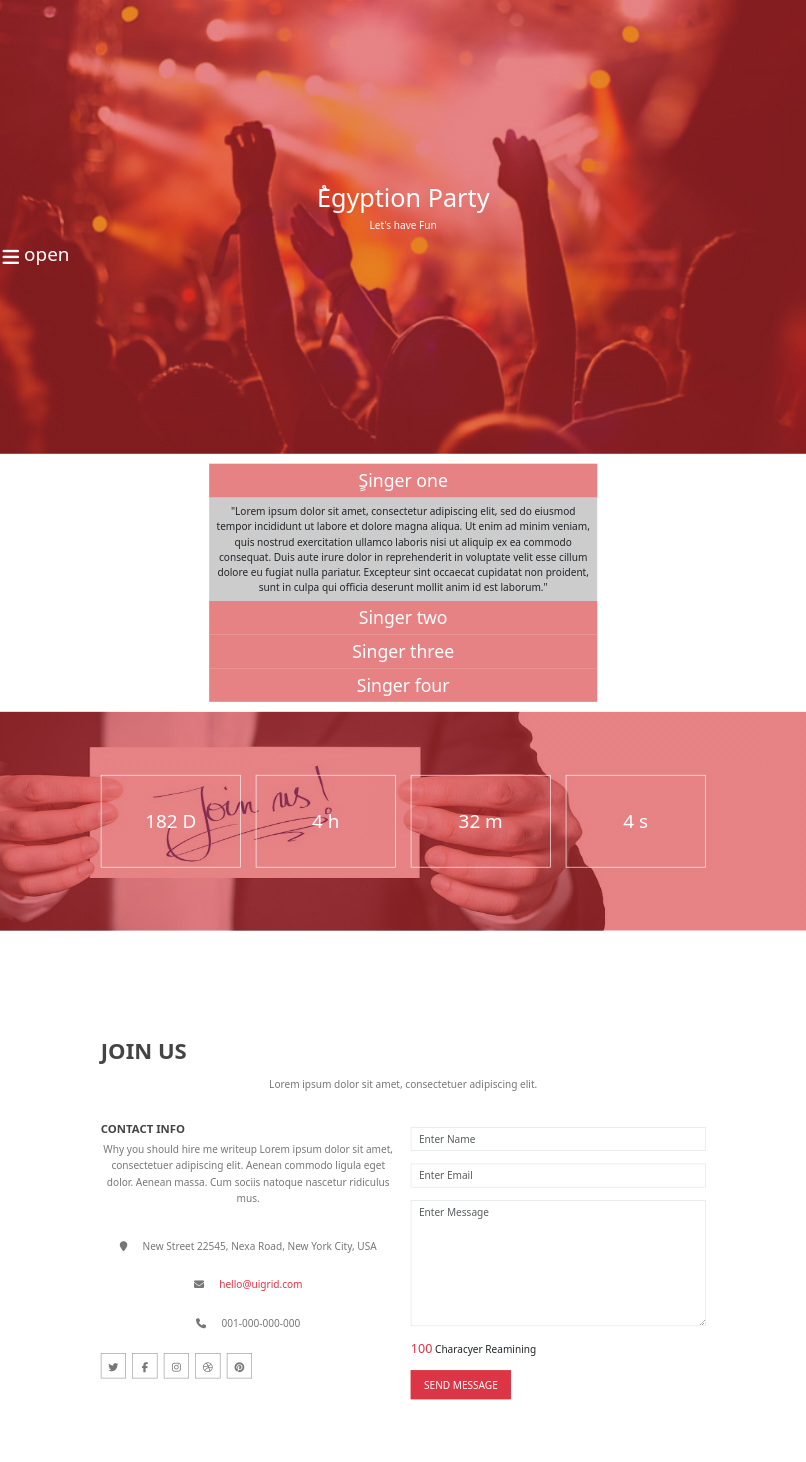
Repository: HagarYousry/jQuery
Page: index.html
These files come from the project's save history. The page is drawn as it stood at one moment and after the next save; the edit follows.
The browser window is 1280 px wide. The pictures show the whole page, at 63% of full size.

Above is the page before, as saved 2024-07-25 20:20:25.

### index.html
<!DOCTYPE html>
<html lang="en">

<head>
    <meta charset="UTF-8">
    <meta name="viewport" content="width=device-width, initial-scale=1.0">
    <title>Egyption party</title>
    <!-- web fonts  -->
    <link rel="stylesheet" href="css/all.min.css">
    <!-- bootstrap -->
    <link rel="stylesheet" href="css/bootstrap.min.css">
    <!-- main css -->
    <link rel="stylesheet" href="css/main.css">
</head>

<body>
    <!--start home  -->
    <section id="home">
        <div id="sideNav" class="bg-black p-5">
            <a class="p-0 closeIcon">
                <i class="fa-solid fa-xmark "></i>
            </a>
            <a class="sideNav-link mt-2" href="#home">Home</a>
            <a class="sideNav-link" href="#Acordion">Duration</a>
            <a class="sideNav-link" href="#contact">Contact</a>
            <a class="sideNav-link" href="#count">Details</a>
        </div>

        <div class="home-title d-flex justify-content-center align-items-center flex-column vh-100 text-white">
            <h1>ُEgyption Party</h1>
            <p>Let's have Fun</p>
            <span class="navIcon align-self-start d-flex align-items-center ms-1">
                <i class="fa-solid fa-bars"></i>
                <h4 class="ms-2">open</h4>
            </span>
        </div>
    </section>


    <!-- start Acordion section  -->
    <section id="Acordion" class="my-3 text-center">

        <div class="container w-50">
            <h3 class="toggle">ٍSinger one</h3>
            <div class="inner first">"Lorem ipsum dolor sit amet, consectetur adipiscing elit, sed do eiusmod tempor
                incididunt ut labore et dolore magna aliqua. Ut enim ad minim veniam, quis nostrud exercitation ullamco
                laboris nisi ut aliquip ex ea commodo consequat. Duis aute irure dolor in reprehenderit in voluptate
                velit
                esse cillum dolore eu fugiat nulla pariatur. Excepteur sint occaecat cupidatat non proident, sunt in
                culpa
                qui officia deserunt mollit anim id est laborum."
            </div>


            <h3 class="toggle">Singer two</h3>
            <div class="inner">"Sed ut perspiciatis unde omnis iste natus error sit voluptatem accusantium doloremque
                laudantium, totam rem aperiam, eaque ipsa quae ab illo inventore veritatis et quasi architecto beatae
                vitae
                dicta sunt explicabo. Nemo enim ipsam voluptatem quia voluptas sit aspernatur aut odit aut fugit, sed
                quia
                consequuntur magni dolores eos qui ratione voluptatem sequi nesciunt. Neque porro quisquam est, qui
                dolorem
                ipsum quia dolor sit amet, consectetur, adipisci velit, sed quia non numquam eius modi tempora incidunt
                ut
                labore et dolore magnam aliquam quaerat voluptatem. Ut enim ad minima veniam, quis nostrum
                exercitationem
                ullam corporis suscipit laboriosam, nisi ut aliquid ex ea commodi consequatur? Quis autem vel eum iure
                reprehenderit qui in ea voluptate velit esse quam nihil molestiae consequatur, vel illum qui dolorem eum
                fugiat quo voluptas nulla pariatur?"
            </div>


            <h3 class="toggle">Singer three</h3>
            <div class="inner">"But I must explain to you how all this mistaken idea of denouncing pleasure and praising
                pain was born and I will give you a complete account of the system, and expound the actual teachings of
                the
                great explorer of the truth, the master-builder of human happiness. No one rejects, dislikes, or avoids
                pleasure itself, because it is pleasure, but because those who do not know how to pursue pleasure
                rationally
                encounter consequences that are extremely painful. Nor again is there anyone who loves or pursues or
                desires
                to obtain pain of itself, because it is pain, but because occasionally circumstances occur in which toil
                and
                pain can procure him some great pleasure. To take a trivial example, which of us ever undertakes
                laborious
                physical exercise, except to obtain some advantage from it? But who has any right to find fault with a
                man
                who chooses to enjoy a pleasure that has no annoying consequences, or one who avoids a pain that
                produces no
                resultant pleasure?"
            </div>


            <h3 class="toggle">Singer four</h3>
            <div class="inner">"At vero eos et accusamus et iusto odio dignissimos ducimus qui blanditiis praesentium
                voluptatum deleniti atque corrupti quos dolores et quas molestias excepturi sint occaecati cupiditate
                non
                provident, similique sunt in culpa qui officia deserunt mollitia animi, id est laborum et dolorum fuga.
                Et
                harum quidem rerum facilis est et expedita distinctio. Nam libero tempore, cum soluta nobis est eligendi
                optio cumque nihil impedit quo minus id quod maxime placeat facere possimus, omnis voluptas assumenda
                est,
                omnis dolor repellendus. Temporibus autem quibusdam et aut officiis debitis aut rerum necessitatibus
                saepe
                eveniet ut et voluptates repudiandae sint et molestiae non recusandae. Itaque earum rerum hic tenetur a
                sapiente delectus, ut aut reiciendis voluptatibus maiores alias consequatur aut perferendis doloribus
                asperiores repellat."

            </div>

        </div>
    </section>
    <!-- end Acordion section  -->

    <!-- start count section  -->
    <section id="count">
        <div class="container-fluid w-75 text-center text-white">
            <div class="row">
                <div class="col-md-3">
                    <div class="time">
                        <span class="days">00</span>
                    </div>
                </div>

                <div class="col-md-3">
                    <div class="time">
                        <span class="hours">00</span>
                    </div>
                </div>

                <div class="col-md-3">
                    <div class="time">
                        <span class="minutes">00</span>
                    </div>
                </div>

                <div class="col-md-3">
                    <div class="time">
                        <span class="seconds">00</span>
                    </div>
                </div>

            </div>
        </div>
    </section>
    <!-- end count section  -->

    <!-- start contact-us section  -->
    <section id="contact">
        <div class="container-fluid w-75">
            <div class="head">
                <h2 class="text-uppercase fw-bold">Join Us</h2>
                <p class="text-center">Lorem ipsum dolor sit amet, consectetuer adipiscing elit.</p>
            </div>
            <div class="row mt-5">
                <div class="col-md-6">
                    <div class="col-info">
                        <h3 class="text-uppercase">CONTACT INFO</h3>
                        <p class="text-center">Why you should hire me writeup Lorem ipsum dolor sit amet, consectetuer
                            adipiscing elit.
                            Aenean commodo ligula eget dolor. Aenean massa. Cum sociis natoque nascetur ridiculus mus.
                        </p>

                        <div class="icons text-center">
                            <p><i class="fa fa-map-marker"></i> New Street 22545, Nexa Road, New York City, USA</p>

                            <p class="text-danger"><i class="fa fa-envelope"></i> hello@uigrid.com</p>
                            <p><i class="fa fa-phone"></i> 001-000-000-000</p>
                        </div>

                        <div class="social d-flex align-items-center">

                            <i class="fab fa-twitter fa-fw"></i>
                            <i class="fab fa-facebook-f fa-fw"></i>
                            <i class="fab fa-instagram fa-fw"></i>
                            <i class="fab fa-dribbble fa-fw"></i>
                            <i class="fab fa-pinterest fa-fw"></i>

                        </div>
                    </div>
                </div>

                <div class="col-md-6">
                    <form>

                        <input class="form-control mt-2" type="text" placeholder="Enter Name">
                        <input class="form-control" type="email" placeholder="Enter Email">
                        <textarea class="form-control " placeholder="Enter Message"></textarea>
                        <span id="chars" class="text-danger">100</span> Characyer Reamining
                        <button class="btn btn-danger text-uppercase">Send Message</button>

                    </form>
                </div>
            </div>
        </div>
    </section>
    <!-- end contact-us section  -->


    <!-- jquery  -->
    <script src="js/jquery-3.7.1.min.js"></script>
    <!-- index js  -->
    <script src="js/index.js"></script>


</body>

</html>

### css/main.css
#home{
    height: 100vh;
    background-image: linear-gradient(rgba(214, 46, 51, 0.6), rgba(214, 46, 51, 0.6)),
        url(../imgs/events-heavenly-header.jpg);
    background-position: center;
    background-size: cover;
    background-repeat: no-repeat;
}

#sideNav {
    position: fixed;
    top: 0;
    bottom: 0;
    left: 0;
    display: flex;
    flex-direction: column;
    z-index: 9999;
}

#sideNav a{
    padding: 20px;
    text-decoration: none;
    font-size: 25px;
    color: #818181;
    display: block;
    color: white;
    transition: 0.3s;
}

.closeIcon {
    position: absolute;
    top: 0;
    right: 25px;
    font-size: 26px;
    margin-left: 50px;
    color: white;
    padding-bottom: 10px;
    transition: 0.3s;
    cursor: pointer;
}

#sideNav a:hover {
    color: rgba(214, 46, 51, 0.4);
}

.navIcon i,
.navIcon h4 {
    font-size: 30px;
    cursor: pointer;
}

/* #sideNav {
    position: fixed;
    top: 0;
    bottom: 0;
    left: 0;
    display: flex;
    z-index: 9999;
}

#sideNav .navAnchor {
    padding: 40px 0 0 0;
    position: relative;
}

#sideNav .navAnchor ul {
    padding: 0 20px 0 20px;
}

#sideNav .navAnchor ul li {
    padding: 25px;
    list-style: none;
    cursor: pointer;
}

#sideNav .navAnchor ul li:hover a {
    color: rgba(214, 46, 51, 0.4);
}

#sideNav .navAnchor ul li a {
    text-decoration: none;
    font-size: 25px;
    color: white;
    transition: 0.3s all;
}


.closeIcon {
    position: absolute;
    top: 0;
    right: 25px;
    font-size: 26px;
    margin-left: 50px;
    color: white;
}

.navIcon {
    border-radius: 20px 20px;
}

.navIcon i,
.navIcon h4 {
    font-size: 30px;
    cursor: pointer;
}

@media (max-width: 991.98px) {
    .navIcon {
        align-self: flex-start !important;
    }

    .navIcon .navIcon-content {
        flex-direction: column;
    }
}


header {
    height: 100vh;
    background-image: linear-gradient(rgba(214, 46, 51, 0.6), rgba(214, 46, 51, 0.6)),
        url(../imgs/events-heavenly-header.jpg);
    background-position: center;
    background-size: cover;
    background-repeat: no-repeat;
}

header h1 {
    font-size: 60px;
} */



/* start Acordion section  */
#Acordion {
    padding: 100px auto;
}

.toggle {
    background-color: rgba(214, 46, 51, 0.6);
    cursor: pointer;
    color: white;
    padding: 10px;
    margin: 0px;
}

.inner {
    background-color: rgb(204, 204, 204);
    display: none;
    padding: 10px;
}

#Acordion .first {
    display: block;
}

/* end Acordion section  */

/* start count section  */

#count {
    background-image: linear-gradient(rgba(214, 46, 51, 0.6), rgba(214, 46, 51, 0.6)), url(../imgs/invitation-2508607__340.jpg);
    background-repeat: no-repeat;
    background-position: center center;
    background-size: 100% 100%;
    position: relative;
}

.container-fluid {
    padding: 100px 0px;
}

.time {
    padding: 50px;
    border: 1px solid #FFF;
    font-weight: 500;
    font-size: 30px;
}

/* end count section  */

/* start contact-us section  */
#contact {
    margin-top: 70px;
}

#contact .head h2 {
    font-size: 35px;
    color: #444;
    margin-bottom: 20px;
}

#contact .head p {
    color: #777;
    font-weight: 300;
    font-size: 16px;
}

#contact .col-md-6 .col-info .icons {
    margin-top: 50px;
}

#contact .col-md-6 .col-info .icons p {
    margin-bottom: 35px;
}

#contact .col-md-6 .col-info h3 {
    color: #444;
    font-size: 18px;
    font-weight: 900;
}

#contact .col-md-6 .col-info p {
    font-size: 16px;
    line-height: 26px;
    color: #777;
}

#contact i {
    margin-right: 20px;
    color: #777;
}

#contact .col-md-6 .col-info .social i {
    margin-right: 10px;
    border: 1px solid #999;
    width: 40px;
    height: 40px;
    line-height: 42px;
    cursor: pointer;
    text-align: center;
    transition: 0.5s all;
}

#contact .col-md-6 .col-info .social i:hover {
    color: #fff;
    background-color: #D62E33;
    border: 1px solid #D62E33;
}

#contact .col-md-6 form input,
#contact .col-md-6 form textarea {
    margin-bottom: 20px;
    border-radius: 0;
}

#contact .col-md-6 form textarea {
    height: 200px;
    resize: vertical;
}

#contact .col-md-6 form button {
    padding: 10px 20px;
    border-radius: 0;
    margin-top: 20px;
    display: block;
}

#contact .col-md-6 form #chars {
    font-size: 20px;
}
/* end contact-us section  */

### js/index.js
/// <reference types="../@types/jquery"/>

/* start sideNav */

const sideNavwidth = $('#sideNav').outerWidth(true);

$('#sideNav')
    .animate({ left: -sideNavwidth }, 0);

// open icon
$('.navIcon')
    .on('click', function () {
        $('#sideNav').animate({left :0 }, 1000);
        $('.home-title').animate({ marginLeft: sideNavwidth }, 1000)

    })

// close icon
$('.closeIcon')
    .on('click', function () {
        $('#sideNav').animate({ left: -sideNavwidth }, 1000);
        $('.home-title').animate({ marginLeft: 0 }, 1000)
    })


//! scroll to sections
$('.sideNav-link[href^="#"]')
    .on('click', function () {
        const sectionId = $(this).attr('href');
        // console.log(section);
        //! get section top
        const sectionTop = $(sectionId).offset().top;
        // console.log(top);
        $('html , body')
            .animate({ scrollTop: sectionTop }, 2000)
    })

// end sideNav section

// start Acordion section
//! slideToggle effect
$('#Acordion .toggle').on('click', function () {
    //! slide up all inner except the one i clicked on
    $('.inner').not($(this).next()).slideUp(500);
    //! slide toggle
    $(this).next().slideToggle(500);
});
// end Acordion section

//start count section
$(window).on('load', function () {
    countDownTime("24 january 2025 00:00:00");
})


function countDownTime(countTo) {

    //! get countTo date
    let futureDate = new Date(countTo);
    futureDate = (futureDate.getTime() / 1000);
    // console.log(futureDate);

    //! get current date
    let now = new Date();
    // console.log(now);
    now = (now.getTime() / 1000);

    //! get the difference between current date and countTo date by sec
    timeDifference = (futureDate - now);

    //?(24 * 60 * 60) ==> num. of sec in day ==> 86400
    let days = Math.floor(timeDifference / 86400);
    let hours = Math.floor((timeDifference - (days * 86400)) / 3600);
    let mins = Math.floor((timeDifference - (days * 86400) - (hours * 3600)) / 60);
    let secs = Math.floor((timeDifference - (days * 86400) - (hours * 3600) - (mins * 60)))


    $(".days").html(`${days} D`);
    $(".hours").html(`${hours} h`);
    $(".minutes").html(`${mins} m`);
    $('.seconds').html(`${secs} s`)

    //! Repeating the Countdown Every Second
    setInterval(function () {
        countDownTime(countTo);
    }, 1000);
}
//end count section

//start contact-us section
let maxLength = 100;
$('textarea').on('keyup', function () {
    //! val as getter ==> lenght
    let length = $(this).val().length;
    // console.log(length);
    let AmountLeft = maxLength - length;
    console.log(AmountLeft);
    if (AmountLeft <= 0) {
        $("#chars").text("your available characters finished");
    }
    else {
        $("#chars").text(AmountLeft);
    }
});
//end contact-us section

Loaded but not shown: css/all.min.css (library); css/bootstrap.min.css (library); js/jquery-3.7.1.min.js (library)

After the next save:
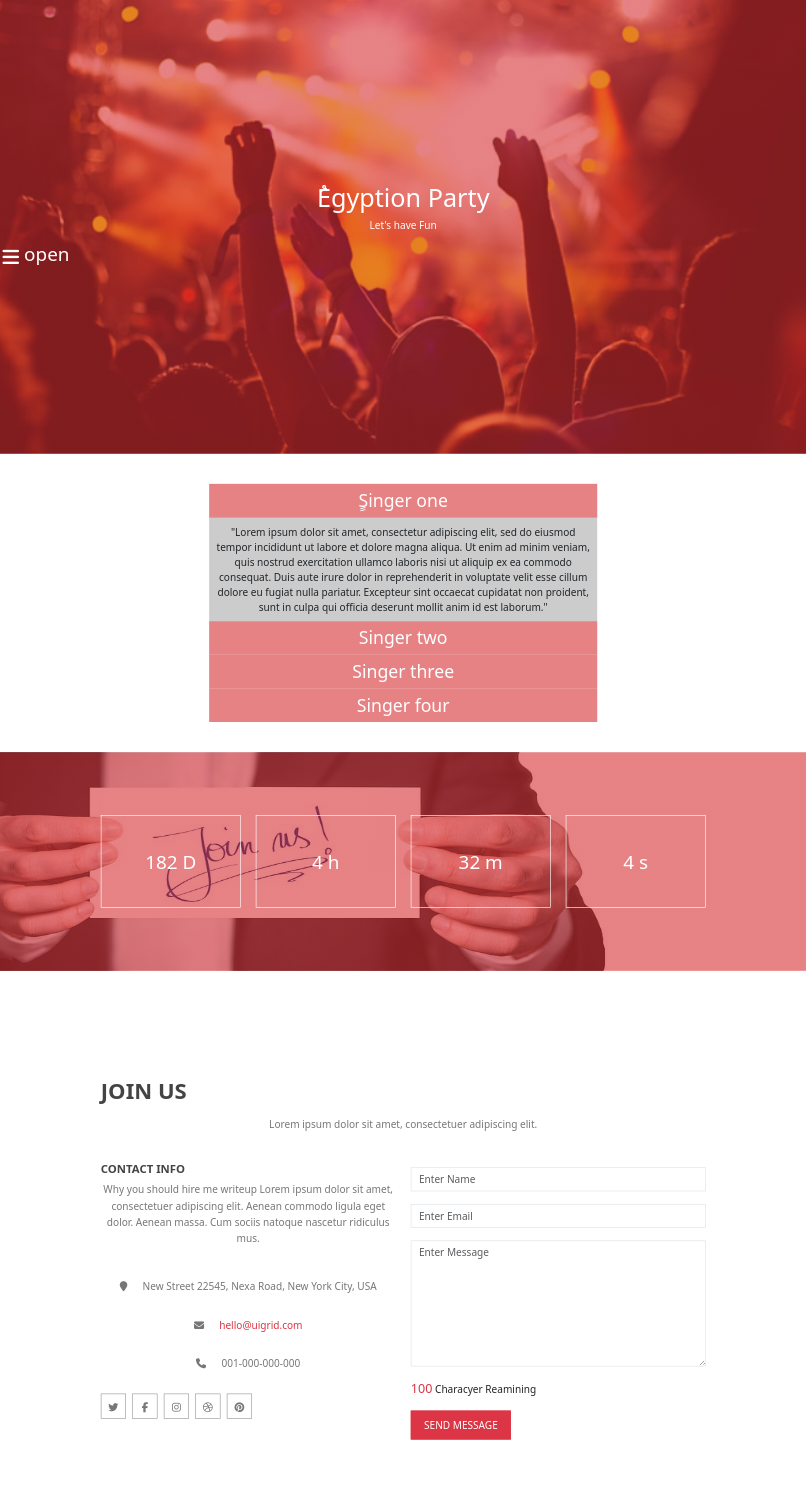
Saved 8 s later.
--- a/index.html
+++ b/index.html
@@ -38,7 +38,7 @@
 
 
     <!-- start Acordion section  -->
-    <section id="Acordion" class="my-3 text-center">
+    <section id="Acordion" class="my-5 text-center">
 
         <div class="container w-50">
             <h3 class="toggle">ٍSinger one</h3>
